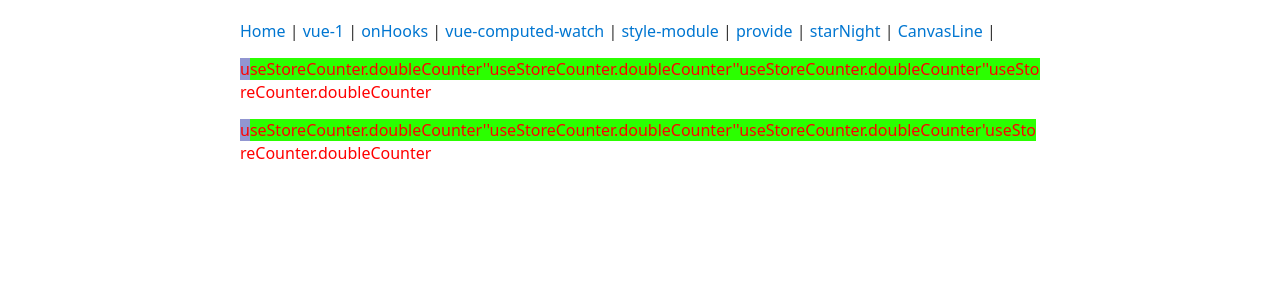
Repository: 596178924/vue3-ts-html
Page: /
An editor plug-in stored every save of this project. The page is shown before and after the next save, followed by the edit.
The browser window is 1280 px wide. The pictures show the whole page.
The project was rebuilt for these pictures with package versions that can differ from the ones it lists, and the page was loaded fresh each time. Also part of the build but not shown: vue.config.js.

Above is the page before, as saved 2022-02-15 16:33:11.

### public/index.html
<!DOCTYPE html>
<html lang="">
  <head>
    <meta charset="utf-8">
    <meta http-equiv="X-UA-Compatible" content="IE=edge">
    <meta name="viewport" content="width=device-width,initial-scale=1.0">
	<link rel="stylesheet" href="https://cdn.jsdelivr.net/npm/water.css@2/out/water.css">
    <link rel="icon" href="<%= BASE_URL %>favicon.ico">
    <title><%= htmlWebpackPlugin.options.title %></title>
  </head>
  <body>
    <noscript>
      <strong>We're sorry but <%= htmlWebpackPlugin.options.title %> doesn't work properly without JavaScript enabled. Please enable it to continue.</strong>
    </noscript>
    <div id="app"></div>
    <!-- built files will be auto injected -->
  </body>
</html>

### src/main.ts
import { createApp } from 'vue';
import App from './App.vue';
import router from './router';
import { createPinia } from 'pinia'
const app = createApp(App);
app.use(createPinia());
app.use(router);
app.mount('#app');

### src/App.vue
<template>
  <div id="nav">
    <router-link to="/">Home</router-link> |
    <router-link to="/vue-1">vue-1</router-link> |
    <router-link to="/onHooks">onHooks</router-link> |
    <router-link to="/vue-computed-watch">vue-computed-watch</router-link> |
    <router-link to="/style-module">style-module</router-link> |
    <router-link to="/provide">provide</router-link> |
    <router-link to="/starNight">starNight</router-link> |
    <router-link to="/CanvasLine">CanvasLine</router-link> |

  </div>
  <router-view/>
</template>

<style lang="scss">

</style>

### src/router/index.ts
import { createRouter, createWebHashHistory, RouteRecordRaw } from 'vue-router';

const routes: Array<RouteRecordRaw> = [
	{
		path: '/',
		name: 'Home',
		component: () => import('@/views/Home.vue')
	},
	{
		path: '/vue-1',
		name: 'vue-1',
		component: () => import('@/views/vue-1.vue')
	},
	{
		path: '/onHooks',
		name: 'onHooks',
		component: () => import('@/views/onHooks.vue')
	},
	{
		path: '/vue-computed-watch',
		name: 'vue-computed-watch',
		component: () => import('@/views/vue-computed-watch.vue')
	},
	{
		path: '/style-module',
		name: 'style-module',
		component: () => import('@/views/style-module.vue')
	},
	{
		path: '/provide',
		name: 'provide',
		component: () => import('@/views/provide.vue')
	},
	{
		path: '/starNight',
		name: 'starNight',
		component: () => import('@/views/starNight.vue')
	},
	{
		path: '/CanvasLine',
		name: 'CanvasLine',
		component: () => import('@/views/CanvasLine.vue')
	},

];

const router = createRouter({
	history: createWebHashHistory(),
	routes
});

export default router;

### src/views/Home.vue
<template>
	<div class="home">
		<p class="red" >useStoreCounter.doubleCounter''useStoreCounter.doubleCounter''useStoreCounter.doubleCounter''useStoreCounter.doubleCounter</p>
		<p class="red" >useStoreCounter.doubleCounter''useStoreCounter.doubleCounter''useStoreCounter.doubleCounter'<span>useStoreCounter.doubleCounter</span></p>
	</div>
</template>

<script setup lang="ts" >
</script>
<style lang="scss" scoped>
.red {
	color: #ff0000;
	&::selection {
		color: gold;
		background-color: #0011ff;
	}
	&::first-line {
		background-color: #2bff00;
	}
	&::first-letter {
		background-color: #9196d1;
	}
	span {
		&::cue {
			color: #fff;
			background-color: rgba(0, 0, 0, 0.6);
		}
	}
}
</style>

After the next save:
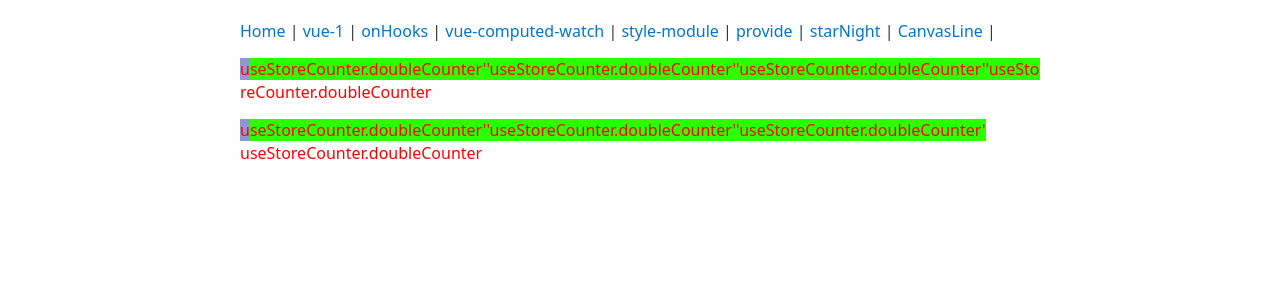
Saved 38 s later.
--- a/src/views/Home.vue
+++ b/src/views/Home.vue
@@ -1,7 +1,12 @@
 <template>
 	<div class="home">
-		<p class="red" >useStoreCounter.doubleCounter''useStoreCounter.doubleCounter''useStoreCounter.doubleCounter''useStoreCounter.doubleCounter</p>
-		<p class="red" >useStoreCounter.doubleCounter''useStoreCounter.doubleCounter''useStoreCounter.doubleCounter'<span>useStoreCounter.doubleCounter</span></p>
+		<p
+			class="red"
+		>useStoreCounter.doubleCounter''useStoreCounter.doubleCounter''useStoreCounter.doubleCounter''useStoreCounter.doubleCounter</p>
+		<p class="red">
+			useStoreCounter.doubleCounter''useStoreCounter.doubleCounter''useStoreCounter.doubleCounter'
+			<span>useStoreCounter.doubleCounter</span>
+		</p>
 	</div>
 </template>
 
@@ -20,11 +25,9 @@
 	&::first-letter {
 		background-color: #9196d1;
 	}
-	span {
-		&::cue {
-			color: #fff;
-			background-color: rgba(0, 0, 0, 0.6);
-		}
+	&::cue(span) {
+		color: #fff;
+		background-color: rgba(0, 0, 0, 0.6);
 	}
 }
 </style>
